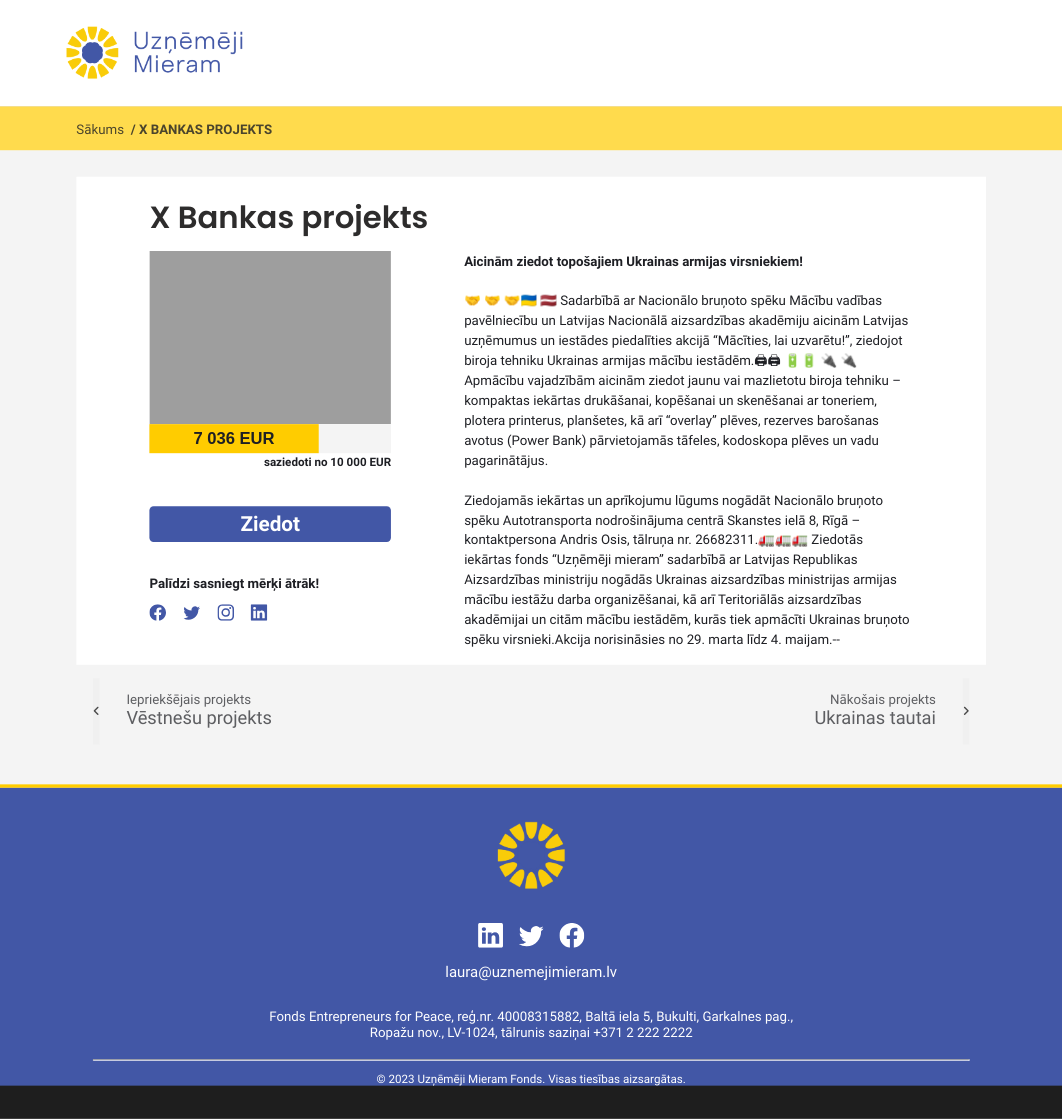
Repository: KatrinaPa/projekts11
Page: projekts-xbank.html
These files come from the project's save history. The page is drawn as it stood at one moment and after the next save; the edit follows.
The browser window is 1280 px wide. The pictures show the whole page, at 83% of full size.
Pictures or frames that could not be fetched are drawn as grey boxes.

Above is the page before, as saved 2023-05-30 23:52:16.
Console error: TypeError: Cannot read properties of null (reading 'children')

After the next save:
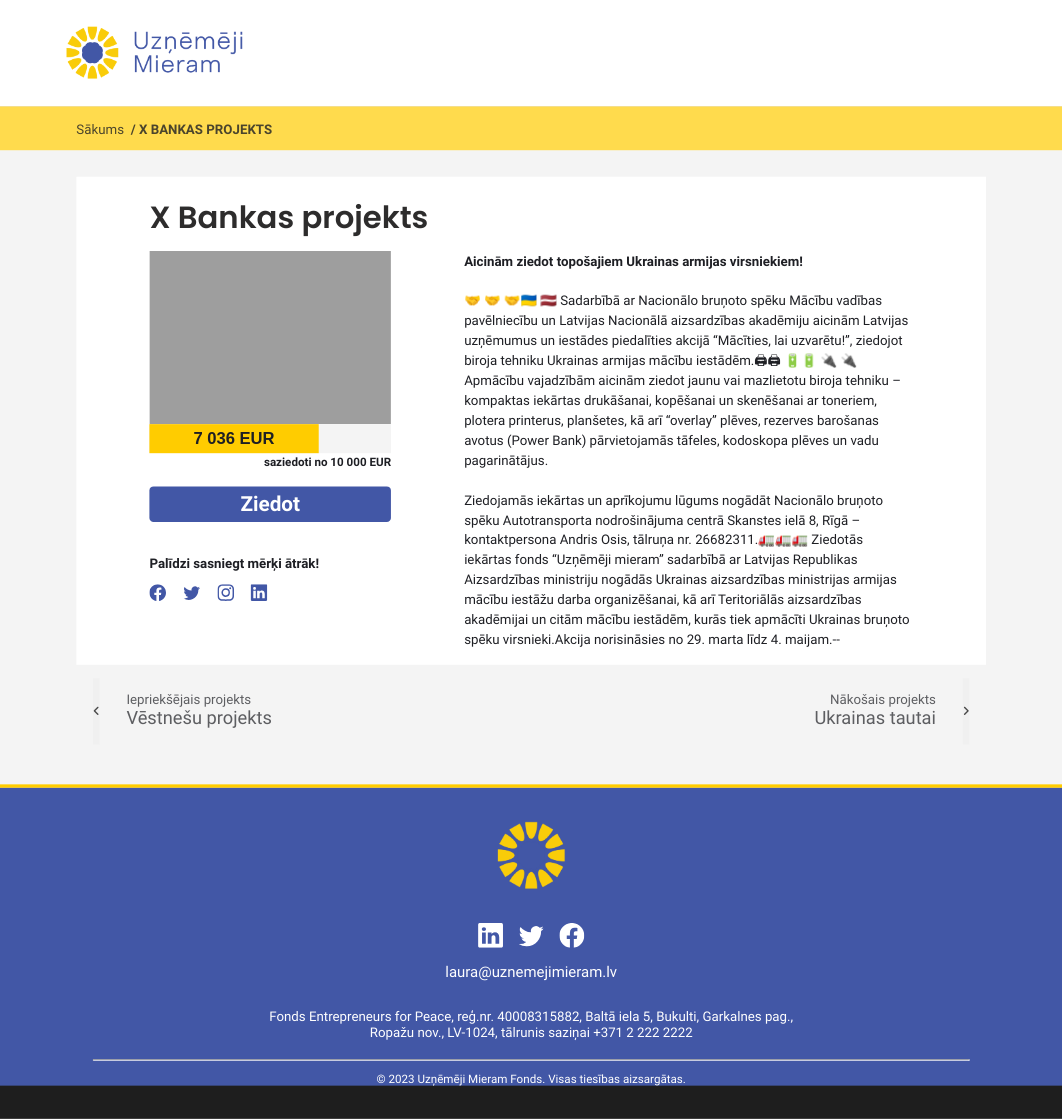
Saved 35 s later.
--- a/assets/projekti.css
+++ b/assets/projekti.css
@@ -153,7 +153,7 @@ h1 {
 }
 
 .btn_ziedot-project {
-    margin-top: 4rem;
+    margin-top: 2.5rem;
 }
 
 .share {
